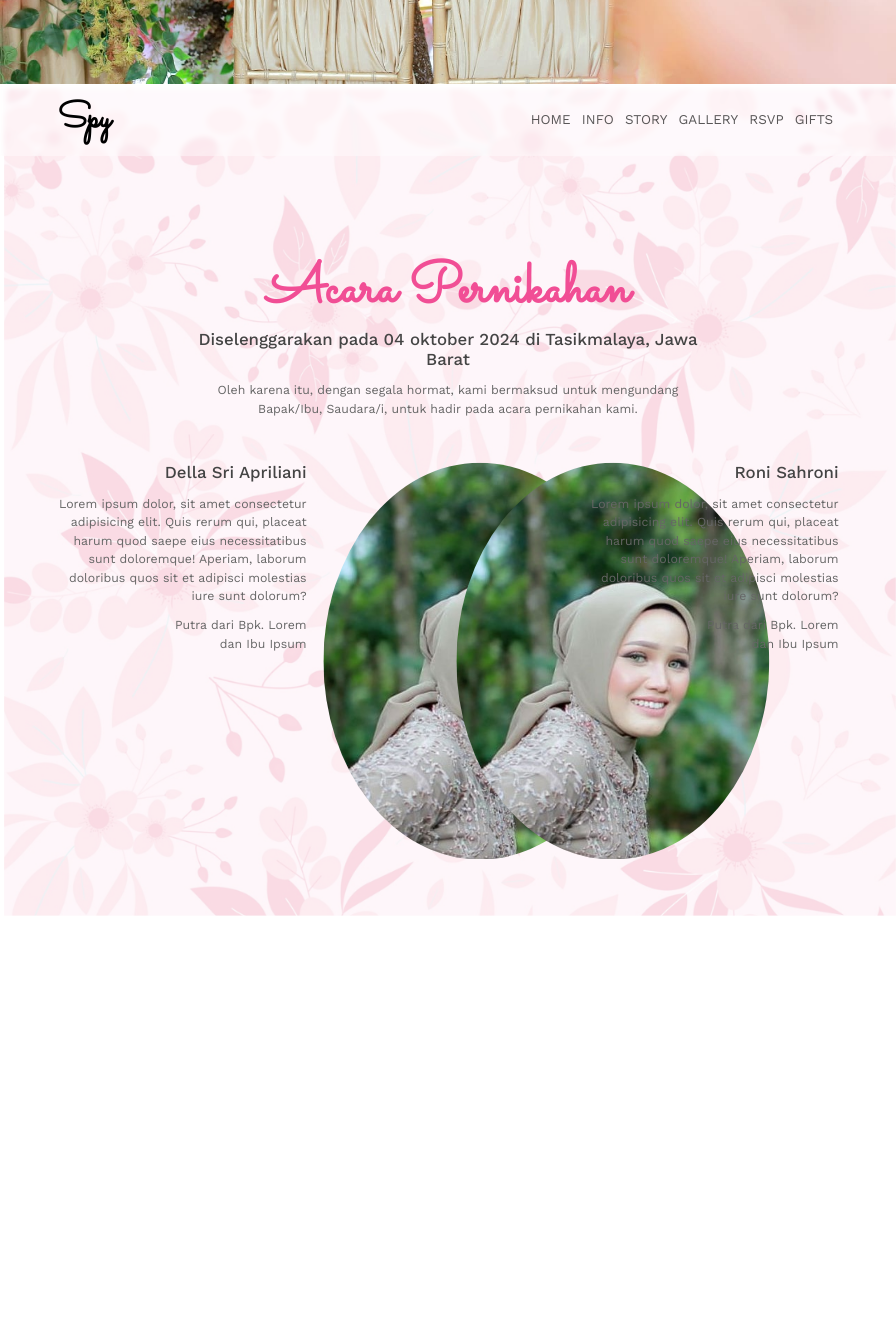
Repository: sellayspy/invitation
Page: index.html
The author's editor kept a copy of each file at every save. The page is drawn from the files as they stood at one save, then again after the next save.
The browser window is 1280 px wide. The pictures show the part of the page from y = 600 to 2520 px (the page is 4000 px tall), at 70% of full size.

Above is the page before, as saved 2024-07-08 16:11:39.

After the next save:
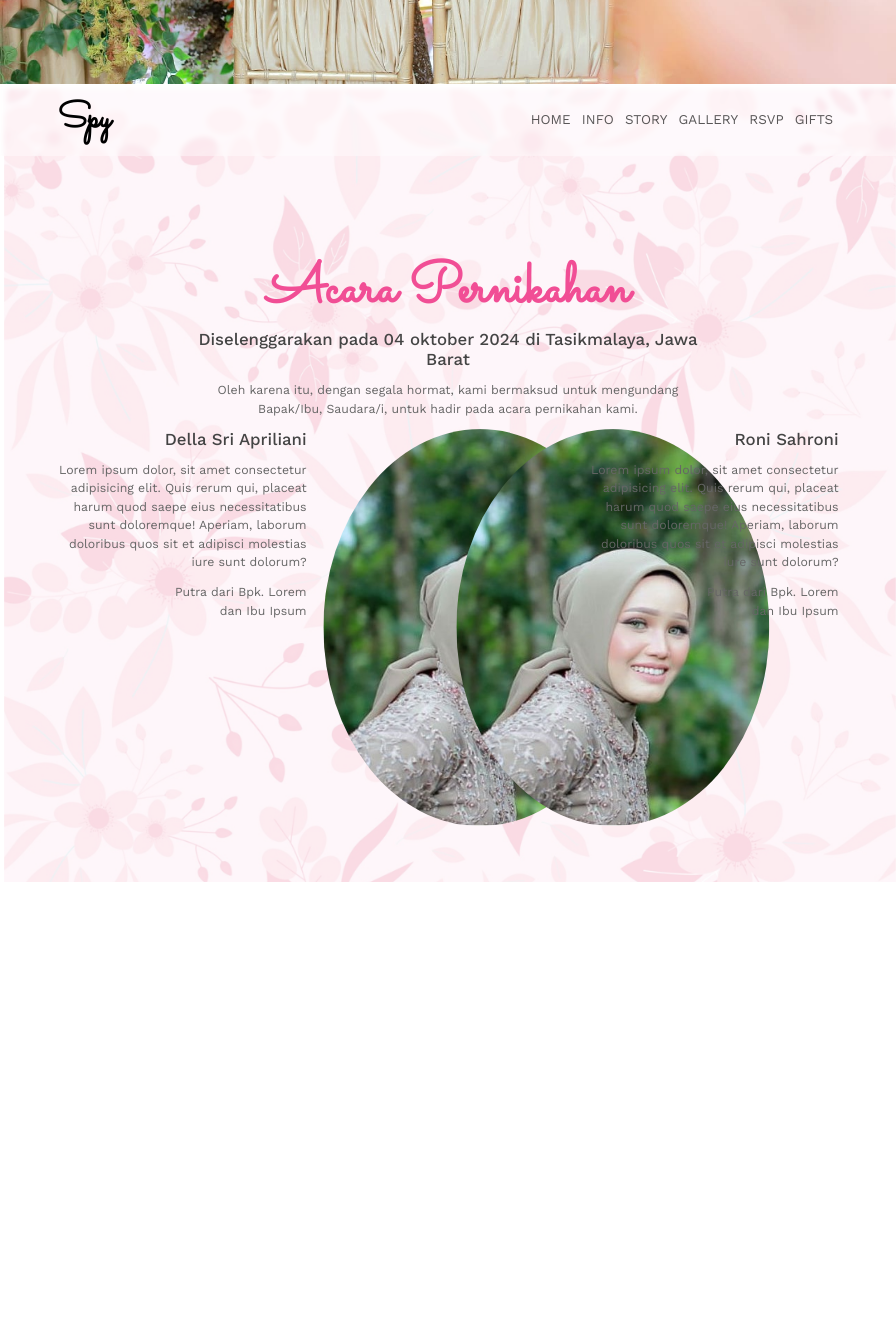
Saved 15 s later.
--- a/index.html
+++ b/index.html
@@ -95,7 +95,7 @@
           </div>
         </div>
 
-        <div class="row couple mt-5">
+        <div class="row couple">
           <div class="col-lg-6">
             <div class="row">
               <div class="col-8 text-end">
